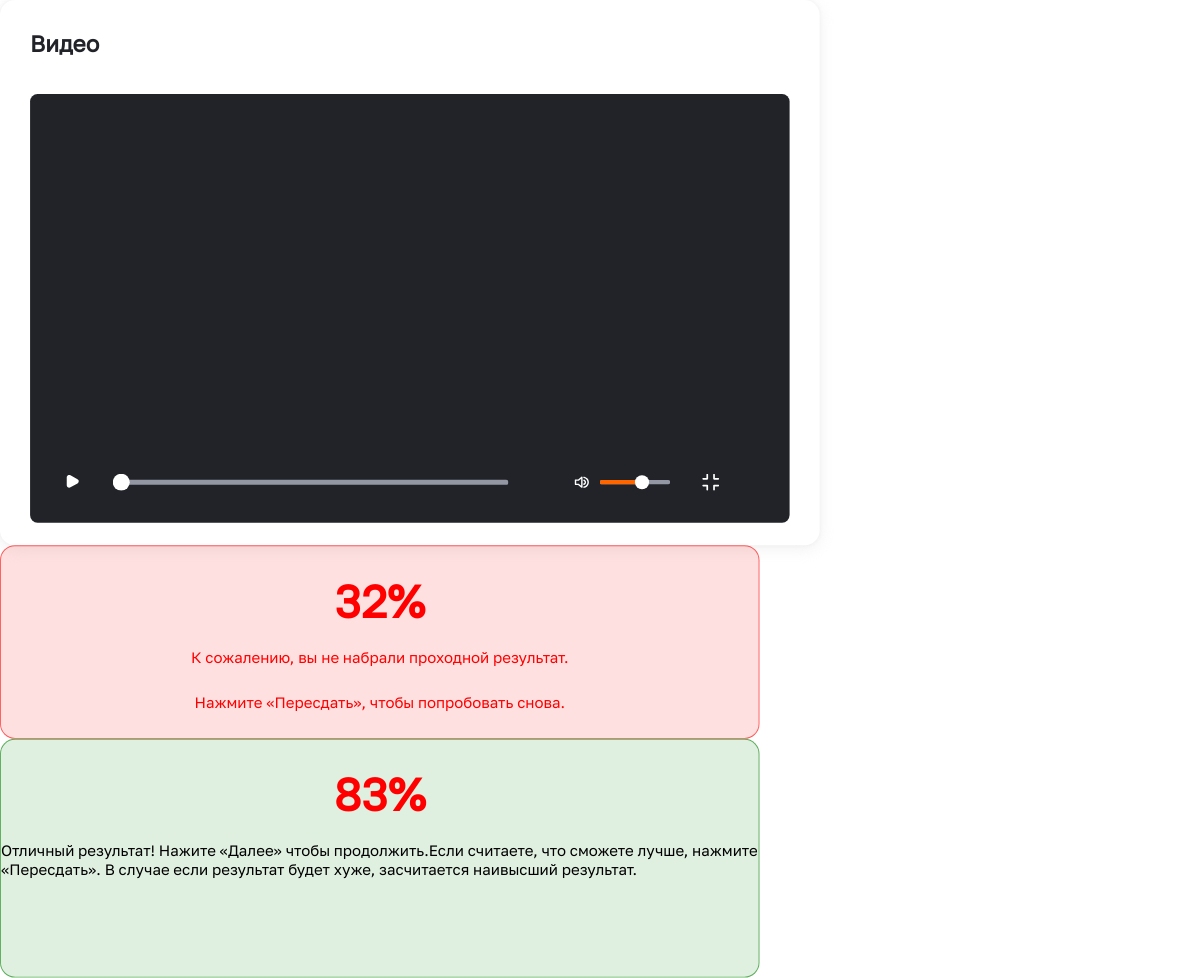
Repository: RuslanSR2424/Group5_LizaAlert
Page: index.html
The author's editor kept a copy of each file at every save. The page is drawn from the files as they stood at one save, then again after the next save.
The browser window is 1280 px wide. The pictures show the whole page, at 94% of full size.

Above is the page before, as saved 2022-03-09 17:15:30.

### index.html
<!DOCTYPE html>
<html lang="en">

<head>
    <meta charset="UTF-8">
    <meta http-equiv="X-UA-Compatible" content="IE=edge">
    <meta name="viewport" content="width=device-width, initial-scale=1.0">
    <link rel="stylesheet" href="./pages/index.css" />
    <title>Document</title>
</head>

<body class="root">
    <section class="video">
        <h2 class="video__title">
            Видео
        </h2>
        <div class="video__player">
            <img class="video__button video__button_type_play" src="./images/video/start.svg">
            <img class="video__button video__button_type_timeline" src="./images/video/timeline.svg">
            <img class="video__button video__button_type_sound-icon" src="./images/video/sound-icon.svg">
            <img class="video__button video__button_type_sound" src="./images/video/sound.svg">
            <img class="video__button video__button_type_size" src="./images/video/size.svg">
        </div>
    </section>
    <section class="results">
        <div class="results__bad">
            <h2 class="results__score">32%</h2>
            <p class="result__text result__text_type_bad">К сожалению, вы не набрали проходной результат.</p>
            <p class="result__text result__text_type_bad">Нажмите «Пересдать», чтобы попробовать снова.</p>
        </div>
        <div class="results__good">
            <h2 class="results__score">83%</h2>
            <div class="result__text">
                <p class="result__text result__text_type_good">Отличный результат!
                    Нажите «Далее» чтобы продолжить.Если считаете, что сможете лучше, нажмите «Пересдать». В случае
                    если результат будет хуже, засчитается наивысший результат.</p>
            </div>
        </div>
    </section>
</body>

</html>

### pages/index.css
@import url(../fonts/fonts.css);
@import url(../blocks/root/root.css);

/* video */

@import url(../blocks/video/video.css);
@import url(../blocks/video/__button/video__button.css);
@import url(../blocks/video/__button/_type/video__button_type_play.css);
@import url(../blocks/video/__button/_type/video__button_type_sound.css);
@import url(../blocks/video/__button/_type/video__button_type_timeline.css);
@import url(../blocks/video/__button/_type/video__button_type_size.css);
@import url(../blocks/video/__button/_type/video__button_type_sound-icon.css);
@import url(../blocks/video/__player/video__player.css);
@import url(../blocks/video/__title/video__title.css);

/* results */

@import url(../blocks/results/results.css);
@import url(../blocks/results/__bad/results__bad.css);
@import url(../blocks/results/__good/results__good.css);
@import url(../blocks/results/__score/results__score.css);
@import url(../blocks/results/__text/results__text.css);
@import url(../blocks/results/__text/_type/result__text_type_bad.css);
@import url(../blocks/results/__text/_type/result__text_type_good.css);

### fonts/fonts.css
@font-face {
  font-family: "GolosTextWebRegular";
  src: url(./golos/Golos-Text_Regular.woff2) format("woff2"),
    url(./golos/Golos-Text_Regular.woff) format("woff");
  font-weight: normal;
  font-style: normal;
}
@font-face {
  font-family: "GolosTextWebBold";
  src: url(./golos/Golos-Text_Bold.woff2) format("woff2"),
    url(./golos/Golos-Text_Bold.woff) format("woff");
  font-weight: normal;
  font-style: normal;
}

### blocks/root/root.css
.root {
  margin: 0;
  padding: 0;
  font-family: "GolosTextWebRegular";
}

### blocks/video/video.css
.video {
  height: 580px;
  width: 872px;
  display: flex;
  flex-direction: column;
  background: #ffffff;
  box-shadow: 0px 0px 4px rgba(231, 232, 235, 0.6),
    0px 4px 16px rgba(231, 232, 235, 0.6);
  border-radius: 16px;
}

### blocks/video/__button/video__button.css
.video__button{
    height: 18px;
}

### blocks/video/__button/_type/video__button_type_play.css
.video__button_type_play {
    margin: 0 0 35px 36px;
}

### blocks/video/__button/_type/video__button_type_sound.css
.video__button_type_sound{
    margin: 0 0 34px 10px;
}

### blocks/video/__button/_type/video__button_type_timeline.css
.video__button_type_timeline{
    margin: 0 35px 34px 34px;
}

### blocks/video/__button/_type/video__button_type_size.css
.video__button_type_size{
    margin: 0 34px 34px 34px;
}

### blocks/video/__button/_type/video__button_type_sound-icon.css
.video__button_type_sound-icon{
    margin: 0 0 34px 34px;
}

### blocks/video/__player/video__player.css
.video__player {
  height: 456px;
  width: 808px;
  background-color: #212329;
  display: flex;
  flex-direction: row;
  align-items: flex-end;
  border-radius: 8px;
  margin: auto;
}

### blocks/video/__title/video__title.css
.video__title {
  font-family: "GolosTextWebRegular";
  font-style: normal;
  font-weight: 700;
  font-size: 24px;
  line-height: 28px;
  color: #212329;
  margin: 32px 32px 16px 32px;
}

### blocks/results/results.css
.results{}

### blocks/results/__bad/results__bad.css
.results__bad {
  display: flex;
  flex-direction: column;
  align-items: center;

  width: 808px;
  height: 206px;

  background: rgba(255, 0, 0, 0.12);
  border: 1.2px solid rgba(255, 0, 0, 0.6);
  box-sizing: border-box;
  border-radius: 16px;
}

### blocks/results/__good/results__good.css
.results__good {
  width: 808px;
  height: 254px;
  left: 32px;
  top: 501px;
  background: rgba(0, 128, 0, 0.12);
  border: 1.2px solid rgba(0, 128, 0, 0.6);
  box-sizing: border-box;
  border-radius: 16px;
}

### blocks/results/__score/results__score.css
.results__score {
  font-family: "GolosTextWebRegular";
  font-style: normal;
  font-weight: bold;
  font-size: 48px;
  line-height: 52px;
  text-align: center;
  margin: 32px 64px 24px 64px;

  color: #FF0000;
}

### blocks/results/__text/results__text.css
.results__text {
  font-family: "GolosTextWebRegular";
  font-style: normal;
  font-weight: normal;
  font-size: 18px;
  line-height: 24px;
  text-align: center;
}

### blocks/results/__text/_type/result__text_type_bad.css
.result__text_type_bad {
  color: #ff0000;
  width: 680px;
  text-align: center;
  margin: 0 0 28px 0;
}

### blocks/results/__text/_type/result__text_type_good.css
.result__text_type_good{}

After the next save:
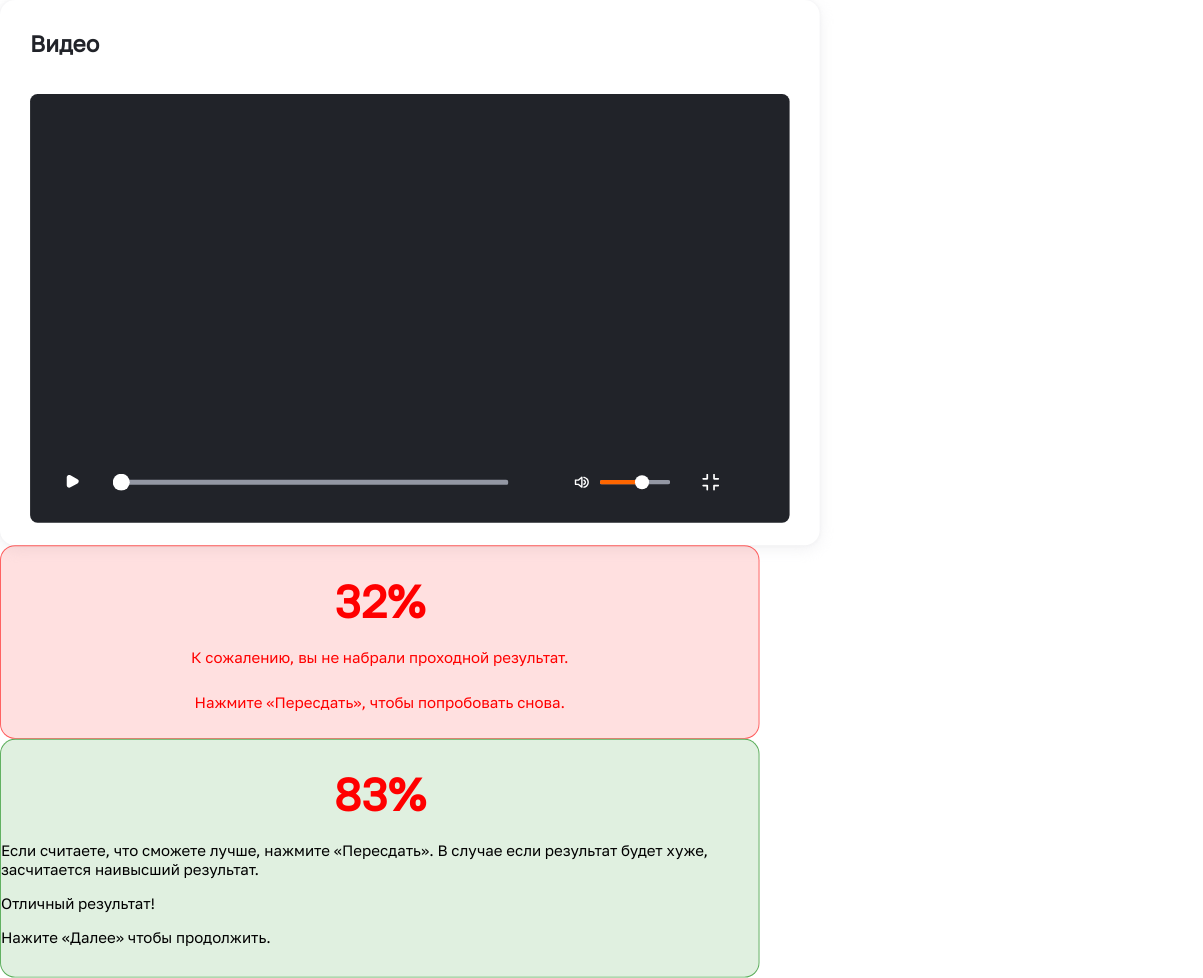
Saved 67 s later.
--- a/index.html
+++ b/index.html
@@ -31,9 +31,11 @@
         <div class="results__good">
             <h2 class="results__score">83%</h2>
             <div class="result__text">
-                <p class="result__text result__text_type_good">Отличный результат!
-                    Нажите «Далее» чтобы продолжить.Если считаете, что сможете лучше, нажмите «Пересдать». В случае
+                <p class="result__text result__text_type_good">
+                    Если считаете, что сможете лучше, нажмите «Пересдать». В случае
                     если результат будет хуже, засчитается наивысший результат.</p>
+                <p>Отличный результат!</p>
+                <p>Нажите «Далее» чтобы продолжить.</p>
             </div>
         </div>
     </section>
